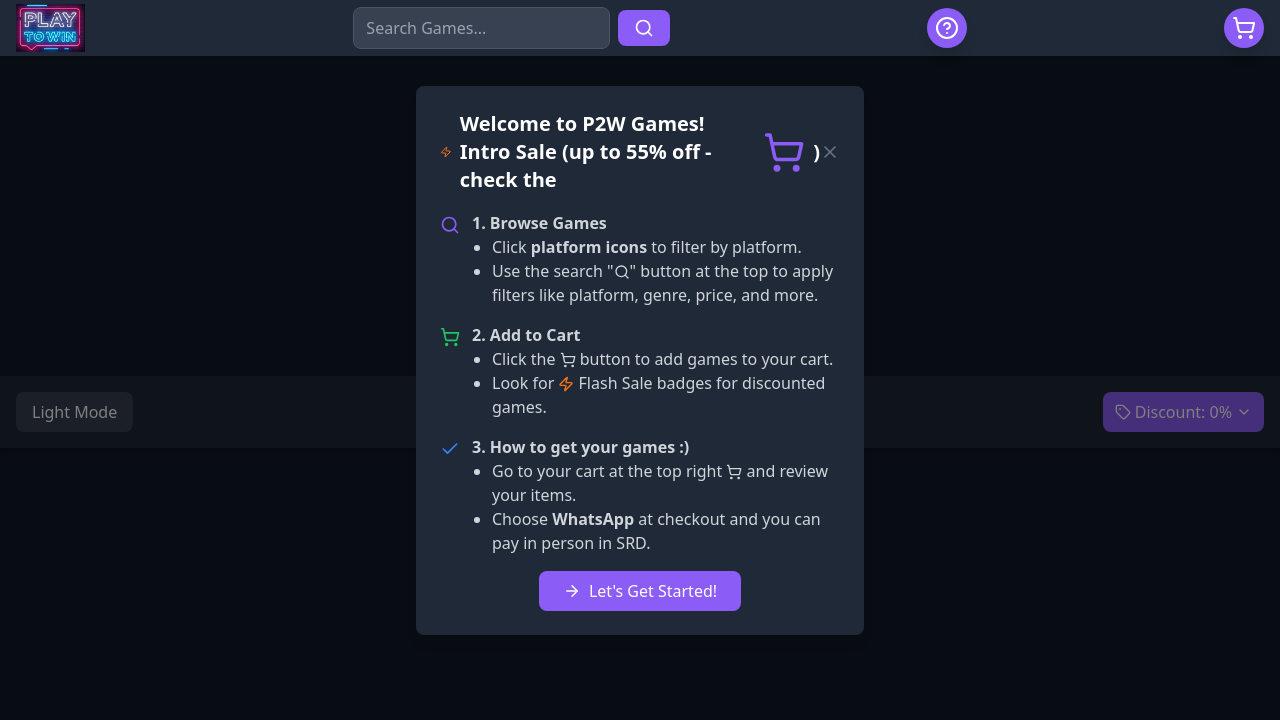
Repository: Play2Win777/P2W-Superbase
Page: /checkout
An editor plug-in stored every save of this project. The page is shown before and after the next save, followed by the edit.
The browser window is 1280 px wide. The pictures show the whole page.
The page's requests for data from a server got no answer. An inner scrolling area shows only its first screen. The project was rebuilt for these pictures with package versions that can differ from the ones it lists, and the page was loaded fresh each time. No one was signed in, and anything a server would have sent is missing. Also part of the build but not shown: vite.config.ts, src/components/Filters.tsx, src/components/GameCard.tsx, src/components/FlashSaleBadge.tsx, src/pages/GameDetails.tsx, src/pages/FlashSalePage.tsx, src/components/Toast.tsx.

Above is the page before, as saved 2025-03-21 14:18:21.

After the next save:
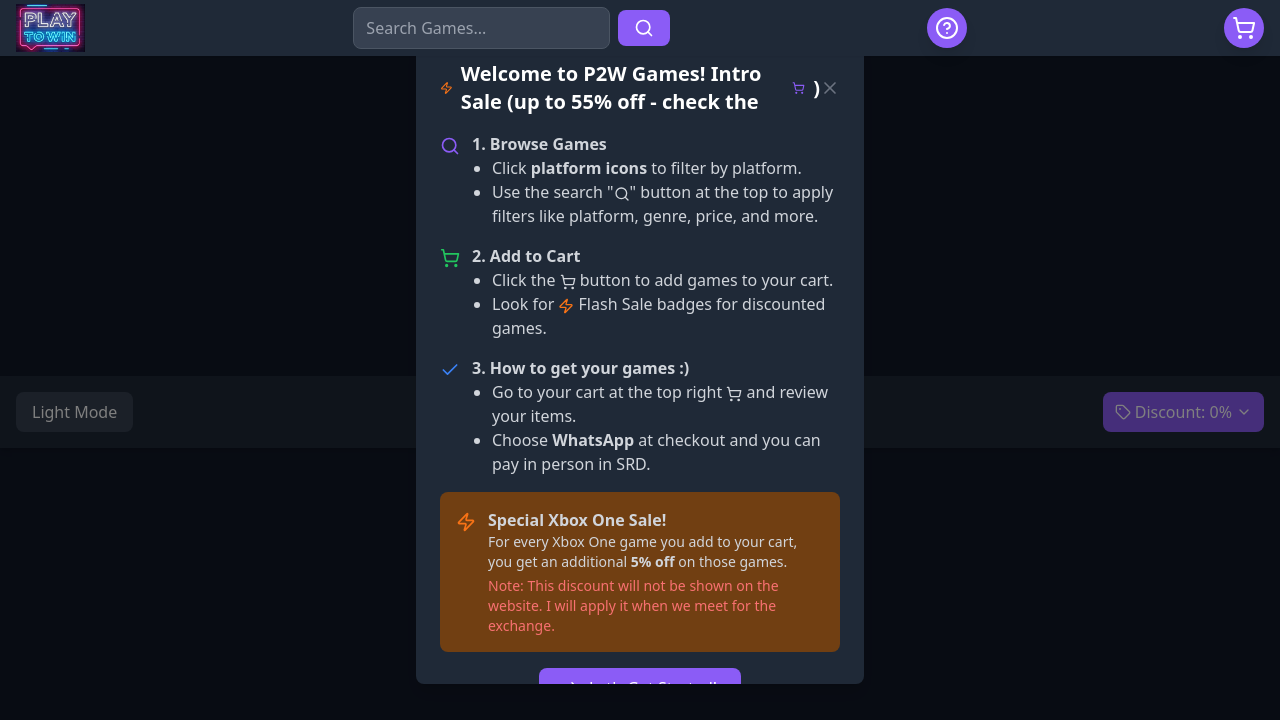
Saved 22 min 1 s later.
--- a/src/App.tsx
+++ b/src/App.tsx
@@ -21,12 +21,12 @@
 
   return (
     <div className="fixed inset-0 bg-black/50 flex items-center justify-center p-4 z-50">
-      <div className="bg-white dark:bg-gray-800 p-6 rounded-lg max-w-md shadow-lg">
+      <div className="bg-white dark:bg-gray-800 p-6 rounded-lg max-w-md w-full max-h-[90vh] overflow-y-auto shadow-lg">
         {/* Modal Header */}
         <div className="flex justify-between items-center mb-4">
           <h2 className="text-xl font-bold dark:text-white flex items-center gap-2">
             <Zap size={24} className="text-orange-500" />
-            Welcome to P2W Games! Intro Sale (up to 55% off -check the<ShoppingCart size={85} className="text-purple-500" />)
+            Welcome to P2W Games! Intro Sale (up to 55% off - check the <ShoppingCart size={24} className="text-purple-500" />)
           </h2>
           <button
             onClick={onClose}
@@ -71,6 +71,22 @@
                 <li>Go to your cart at the top right <ShoppingCart size={16} className="inline" /> and review your items.</li>
                 <li>Choose <strong>WhatsApp</strong> at checkout and you can pay in person in SRD.</li>
               </ul>
+            </div>
+          </div>
+
+          {/* Special Xbox One Sale Note */}
+          <div className="bg-yellow-100 dark:bg-yellow-900 p-4 rounded-lg">
+            <div className="flex items-start gap-3">
+              <Zap size={20} className="flex-shrink-0 mt-1 text-orange-500" />
+              <div>
+                <p className="font-semibold">Special Xbox One Sale!</p>
+                <p className="text-sm">
+                  For every Xbox One game you add to your cart, you get an additional <strong>5% off</strong> on those games.
+                  <span className="block mt-1 text-red-600 dark:text-red-400">
+                    Note: This discount will not be shown on the website. I will apply it when we meet for the exchange.
+                  </span>
+                </p>
+              </div>
             </div>
           </div>
 
